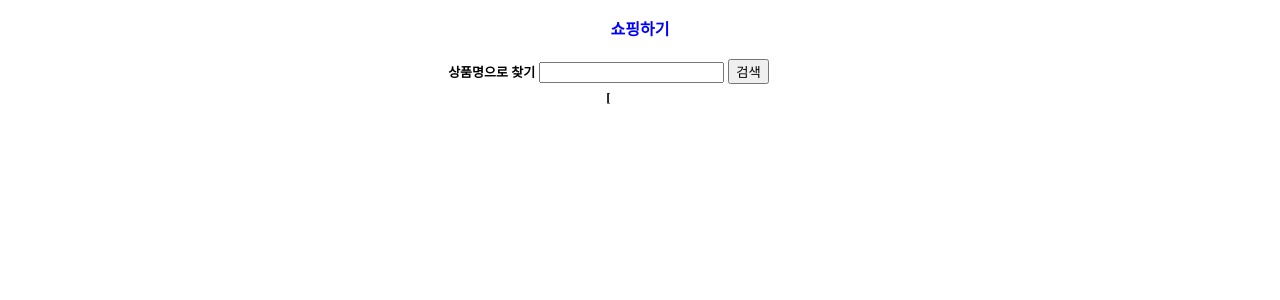
Repository: severrepair/JSPproject
Page: http://localhost/Shop/shop_list.jsp
The author's editor kept a copy of each file at every save. The page is drawn from the files as they stood at one save, then again after the next save.
The browser window is 1280 px wide. The pictures show the whole page.
The page is served by Tomcat 9.

Above is the page before, as saved 2022-12-02 07:19:02.

After the next save:
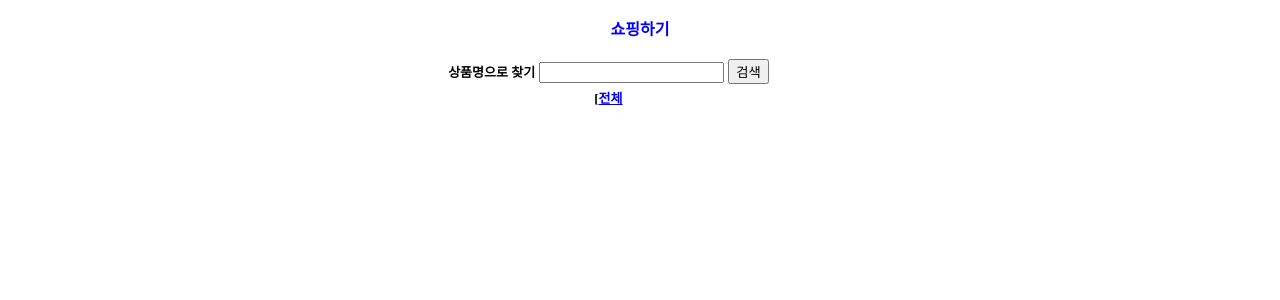
Saved 45 s later.
--- a/Shop/src/main/webapp/shop_list.jsp
+++ b/Shop/src/main/webapp/shop_list.jsp
@@ -36,6 +36,7 @@
 		<TH>
 			<FONT size=-1>
 				[<A href="/Shop/main.html>메인으로</A>]
+				<A href="shop_list.jsp">전체</A>
 			</FONT>
 
 
